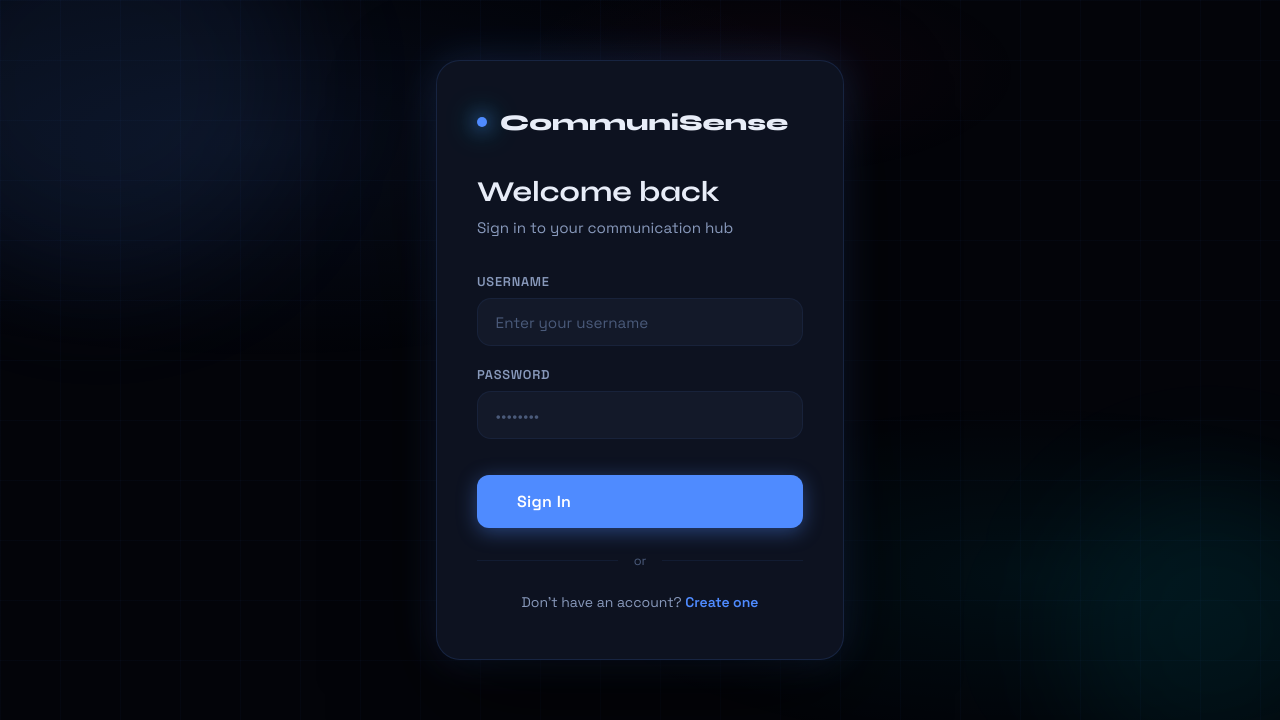
Repository: AI-Devsara01/-Real-Time-Multimodal-Communication-Platform-for-Speech-and-Hearing-Impaired-Individuals
Page: http://localhost/login
An editor plug-in stored every save of this project. The page is shown before and after the next save, followed by the edit.
The browser window is 1280 px wide. The pictures show the whole page.
The page is served by the project's application, run on Flask 3 (app.py).

Above is the page before, as saved 2026-04-21 13:33:21.

### templates/login.html
<!DOCTYPE html>
<html lang="en">
<head>
<meta charset="UTF-8">
<meta name="viewport" content="width=device-width, initial-scale=1.0">
<title>CommuniSense — Sign In</title>
<link rel="stylesheet" href="/static/style.css">
<style>
  body { display:flex; align-items:center; justify-content:center; min-height:100vh; }
  .auth-wrap {
    position:relative; z-index:1;
    width:100%; max-width:440px;
    padding:1rem;
  }
  .auth-card {
    background:var(--surface);
    border:1px solid var(--border);
    border-radius:24px;
    padding:3rem 2.5rem;
    box-shadow:0 40px 100px rgba(0,0,0,0.6), var(--shadow-glow);
  }
  .auth-logo {
    display:flex; align-items:center; gap:.8rem;
    margin-bottom:2.5rem;
    font-family:var(--font-head);
    font-size:1.4rem; font-weight:800;
  }
  .auth-logo .dot {
    width:10px;height:10px;border-radius:50%;
    background:var(--accent);
    box-shadow:0 0 14px var(--accent);
    animation:pulse-dot 2s ease-in-out infinite;
  }
  .auth-title { font-size:1.8rem; margin-bottom:.5rem; }
  .auth-sub   { color:var(--text2); margin-bottom:2rem; font-size:.95rem; }
  .or-divider {
    display:flex; align-items:center; gap:1rem;
    margin:1.5rem 0; color:var(--text3); font-size:.8rem;
  }
  .or-divider::before,.or-divider::after {
    content:''; flex:1; height:1px; background:var(--border2);
  }
  .auth-foot { text-align:center; margin-top:1.5rem; color:var(--text2); font-size:.875rem; }
  .auth-foot a { color:var(--accent); text-decoration:none; font-weight:600; }
  .error-msg {
    background:rgba(255,56,96,.1); border:1px solid rgba(255,56,96,.3);
    border-radius:10px; padding:.75rem 1rem;
    color:var(--danger); font-size:.875rem; margin-bottom:1rem;
    display:none;
  }
  /* 3D floating orbs */
  .orb {
    position:fixed; border-radius:50%; pointer-events:none; z-index:0;
    filter:blur(60px);
  }
  .orb-1 { width:400px;height:400px; top:-100px; left:-100px; background:rgba(79,139,255,.08); animation:float 8s ease-in-out infinite; }
  .orb-2 { width:300px;height:300px; bottom:-80px; right:-80px; background:rgba(0,229,255,.06); animation:float 10s ease-in-out infinite reverse; }
  .orb-3 { width:200px;height:200px; top:40%; left:40%; background:rgba(255,79,139,.05); animation:float 12s ease-in-out infinite 2s; }
  @keyframes float { 0%,100%{transform:translateY(0)} 50%{transform:translateY(-20px)} }
</style>
</head>
<body>

<div class="orb orb-1"></div>
<div class="orb orb-2"></div>
<div class="orb orb-3"></div>

<div class="auth-wrap animate-fade-up">
  <div class="auth-card">
    <div class="auth-logo">
      <div class="dot"></div>
      CommuniSense
    </div>

    <h2 class="auth-title">Welcome back</h2>
    <p class="auth-sub">Sign in to your communication hub</p>

    <div class="error-msg" id="errMsg">Invalid username or password.</div>

    <div class="input-group">
      <label class="input-label">Username</label>
      <input class="input-field" id="username" type="text" placeholder="Enter your username" autocomplete="username">
    </div>

    <div class="input-group">
      <label class="input-label">Password</label>
      <input class="input-field" id="password" type="password" placeholder="••••••••" autocomplete="current-password">
    </div>

    <button class="btn btn-primary w-full btn-lg mt-2" onclick="doLogin()" id="loginBtn">
      Sign In
    </button>

    <div class="or-divider">or</div>

    <div class="auth-foot">
      Don't have an account? <a href="/signup">Create one</a>
    </div>
  </div>
</div>

<script>
async function doLogin() {
  const btn = document.getElementById('loginBtn');
  const err = document.getElementById('errMsg');
  const username = document.getElementById('username').value.trim();
  const password = document.getElementById('password').value;

  if (!username || !password) {
    err.textContent = 'Please fill in all fields.';
    err.style.display = 'block';
    return;
  }

  btn.disabled = true;
  btn.innerHTML = '<div class="spinner"></div> Signing in…';
  err.style.display = 'none';

  try {
    const res = await fetch('/api/login', {
      method:'POST',
      headers:{'Content-Type':'application/json'},
      body: JSON.stringify({username, password})
    });
    const data = await res.json();
    if (data.success) {
      location.href = '/dashboard';
    } else {
      err.textContent = data.error || 'Login failed.';
      err.style.display = 'block';
    }
  } catch(e) {
    err.textContent = 'Network error. Please try again.';
    err.style.display = 'block';
  } finally {
    btn.disabled = false;
    btn.innerHTML = 'Sign In';
  }
}

document.addEventListener('keydown', e => {
  if (e.key === 'Enter') doLogin();
});
</script>
</body>
</html>

### style.css
/* ═══════════════════════════════════════════════════
   CommuniSense — Design System
   Inspired by Active Theory: dark, cinematic, 3D-layered
   ═══════════════════════════════════════════════════ */

@import url('https://fonts.googleapis.com/css2?family=Space+Grotesk:wght@300;400;500;600;700&family=Syne:wght@700;800&family=JetBrains+Mono:wght@300;400&display=swap');

:root {
  --bg:        #030409;
  --bg2:       #080c18;
  --surface:   #0d1220;
  --surface2:  #131929;
  --border:    rgba(80,140,255,0.15);
  --border2:   rgba(80,140,255,0.08);
  --accent:    #4f8bff;
  --accent2:   #00e5ff;
  --accent3:   #ff4f8b;
  --glow:      rgba(79,139,255,0.35);
  --glow2:     rgba(0,229,255,0.25);
  --text:      #e8edf8;
  --text2:     #8899bb;
  --text3:     #4a5a7a;
  --success:   #00d97e;
  --warning:   #ffb700;
  --danger:    #ff3860;
  --radius:    14px;
  --radius-lg: 22px;
  --font:      'Space Grotesk', sans-serif;
  --font-head: 'Syne', sans-serif;
  --font-mono: 'JetBrains Mono', monospace;
  --shadow:    0 8px 40px rgba(0,0,0,0.6);
  --shadow-glow: 0 0 40px rgba(79,139,255,0.2);
}

*, *::before, *::after { box-sizing: border-box; margin: 0; padding: 0; }

html { scroll-behavior: smooth; }

body {
  font-family: var(--font);
  background: var(--bg);
  color: var(--text);
  min-height: 100vh;
  overflow-x: hidden;
  cursor: default;
}

/* ── Background canvas ── */
body::before {
  content: '';
  position: fixed;
  inset: 0;
  background:
    radial-gradient(ellipse 80% 50% at 20% 20%, rgba(79,139,255,0.07) 0%, transparent 60%),
    radial-gradient(ellipse 60% 40% at 80% 80%, rgba(0,229,255,0.05) 0%, transparent 60%),
    radial-gradient(ellipse 40% 30% at 60% 10%, rgba(255,79,139,0.04) 0%, transparent 50%);
  pointer-events: none;
  z-index: 0;
}

/* ── Grid overlay ── */
body::after {
  content: '';
  position: fixed;
  inset: 0;
  background-image:
    linear-gradient(rgba(79,139,255,0.03) 1px, transparent 1px),
    linear-gradient(90deg, rgba(79,139,255,0.03) 1px, transparent 1px);
  background-size: 60px 60px;
  pointer-events: none;
  z-index: 0;
}

/* ── Typography ── */
h1, h2, h3, h4 { font-family: var(--font-head); line-height: 1.1; }
h1 { font-size: clamp(2rem, 5vw, 4rem); font-weight: 800; }
h2 { font-size: clamp(1.5rem, 3vw, 2.5rem); font-weight: 700; }
h3 { font-size: 1.3rem; font-weight: 700; }
p  { line-height: 1.7; color: var(--text2); }

/* ── Layout ── */
.page-wrap {
  position: relative;
  z-index: 1;
  min-height: 100vh;
  display: flex;
  flex-direction: column;
}

.container {
  width: 100%;
  max-width: 1280px;
  margin: 0 auto;
  padding: 0 2rem;
}

.section { padding: 5rem 0; }

/* ── Navigation ── */
.nav {
  position: fixed;
  top: 0; left: 0; right: 0;
  z-index: 100;
  padding: 1rem 2rem;
  display: flex;
  align-items: center;
  justify-content: space-between;
  background: rgba(3,4,9,0.85);
  backdrop-filter: blur(20px) saturate(180%);
  border-bottom: 1px solid var(--border2);
}

.nav-logo {
  font-family: var(--font-head);
  font-size: 1.3rem;
  font-weight: 800;
  color: var(--text);
  text-decoration: none;
  display: flex;
  align-items: center;
  gap: 0.6rem;
}

.nav-logo .logo-dot {
  width: 8px; height: 8px;
  border-radius: 50%;
  background: var(--accent);
  box-shadow: 0 0 12px var(--accent);
  animation: pulse-dot 2s ease-in-out infinite;
}

@keyframes pulse-dot {
  0%,100% { box-shadow: 0 0 6px var(--accent); }
  50%      { box-shadow: 0 0 18px var(--accent), 0 0 30px var(--accent2); }
}

.nav-links {
  display: flex;
  align-items: center;
  gap: 0.25rem;
  flex-wrap: wrap;
}

.nav-link {
  font-size: 0.8rem;
  font-weight: 500;
  color: var(--text2);
  text-decoration: none;
  padding: 0.4rem 0.8rem;
  border-radius: 8px;
  transition: all 0.2s;
  letter-spacing: 0.02em;
}

.nav-link:hover, .nav-link.active {
  color: var(--text);
  background: rgba(79,139,255,0.1);
}

.nav-actions { display: flex; align-items: center; gap: 0.5rem; }

/* ── Cards ── */
.card {
  background: var(--surface);
  border: 1px solid var(--border2);
  border-radius: var(--radius-lg);
  padding: 2rem;
  transition: all 0.3s cubic-bezier(0.4, 0, 0.2, 1);
  position: relative;
  overflow: hidden;
}

.card::before {
  content: '';
  position: absolute;
  inset: 0;
  background: linear-gradient(135deg, rgba(79,139,255,0.04) 0%, transparent 60%);
  opacity: 0;
  transition: opacity 0.3s;
}

.card:hover {
  border-color: var(--border);
  transform: translateY(-4px);
  box-shadow: var(--shadow), var(--shadow-glow);
}

.card:hover::before { opacity: 1; }

.card-glass {
  background: rgba(13,18,32,0.7);
  backdrop-filter: blur(24px);
  border: 1px solid var(--border);
  border-radius: var(--radius-lg);
  padding: 2rem;
}

/* ── Buttons ── */
.btn {
  display: inline-flex;
  align-items: center;
  gap: 0.5rem;
  padding: 0.75rem 1.5rem;
  border-radius: 10px;
  font-family: var(--font);
  font-size: 0.9rem;
  font-weight: 600;
  cursor: pointer;
  border: none;
  transition: all 0.25s cubic-bezier(0.4, 0, 0.2, 1);
  text-decoration: none;
  white-space: nowrap;
  letter-spacing: 0.02em;
}

.btn-primary {
  background: var(--accent);
  color: #fff;
  box-shadow: 0 4px 20px rgba(79,139,255,0.4);
}

.btn-primary:hover {
  background: #6fa0ff;
  box-shadow: 0 6px 30px rgba(79,139,255,0.6);
  transform: translateY(-2px);
}

.btn-secondary {
  background: var(--surface2);
  color: var(--text);
  border: 1px solid var(--border);
}

.btn-secondary:hover {
  background: rgba(79,139,255,0.12);
  border-color: var(--accent);
}

.btn-ghost {
  background: transparent;
  color: var(--text2);
  border: 1px solid var(--border2);
}

.btn-ghost:hover { color: var(--text); border-color: var(--border); background: rgba(255,255,255,0.04); }

.btn-danger { background: var(--danger); color: #fff; }
.btn-danger:hover { background: #ff6080; box-shadow: 0 4px 20px rgba(255,56,96,0.4); }

.btn-sm { padding: 0.5rem 1rem; font-size: 0.8rem; border-radius: 8px; }
.btn-lg { padding: 1rem 2.5rem; font-size: 1rem; border-radius: 12px; }

.btn:disabled { opacity: 0.4; cursor: not-allowed; transform: none !important; }

/* ── Inputs ── */
.input-field {
  width: 100%;
  background: var(--surface2);
  border: 1px solid var(--border2);
  border-radius: var(--radius);
  padding: 0.85rem 1.1rem;
  font-family: var(--font);
  font-size: 0.95rem;
  color: var(--text);
  outline: none;
  transition: all 0.2s;
}

.input-field::placeholder { color: var(--text3); }

.input-field:focus {
  border-color: var(--accent);
  box-shadow: 0 0 0 3px rgba(79,139,255,0.12);
  background: var(--surface);
}

textarea.input-field { resize: vertical; min-height: 120px; line-height: 1.6; }

select.input-field { cursor: pointer; appearance: none; }

.input-label {
  display: block;
  font-size: 0.8rem;
  font-weight: 600;
  color: var(--text2);
  margin-bottom: 0.5rem;
  letter-spacing: 0.06em;
  text-transform: uppercase;
}

.input-group { margin-bottom: 1.25rem; }

/* ── Badges ── */
.badge {
  display: inline-flex;
  align-items: center;
  gap: 0.3rem;
  padding: 0.2rem 0.7rem;
  border-radius: 999px;
  font-size: 0.72rem;
  font-weight: 600;
  letter-spacing: 0.04em;
}

.badge-accent  { background: rgba(79,139,255,0.15);  color: var(--accent);  border: 1px solid rgba(79,139,255,0.3); }
.badge-success { background: rgba(0,217,126,0.12);   color: var(--success); border: 1px solid rgba(0,217,126,0.25); }
.badge-danger  { background: rgba(255,56,96,0.12);   color: var(--danger);  border: 1px solid rgba(255,56,96,0.25); }
.badge-warning { background: rgba(255,183,0,0.12);   color: var(--warning); border: 1px solid rgba(255,183,0,0.25); }
.badge-cyan    { background: rgba(0,229,255,0.1);    color: var(--accent2); border: 1px solid rgba(0,229,255,0.25); }

/* ── Page hero ── */
.page-hero {
  padding: 9rem 0 4rem;
  text-align: center;
}

.page-hero .badge { margin-bottom: 1.5rem; }

.hero-title {
  background: linear-gradient(135deg, var(--text) 0%, var(--accent2) 60%, var(--accent) 100%);
  -webkit-background-clip: text;
  -webkit-text-fill-color: transparent;
  background-clip: text;
  margin-bottom: 1.25rem;
}

.hero-sub {
  font-size: 1.1rem;
  color: var(--text2);
  max-width: 600px;
  margin: 0 auto 2.5rem;
  line-height: 1.8;
}

/* ── Feature Grid ── */
.feature-grid {
  display: grid;
  grid-template-columns: repeat(auto-fill, minmax(300px, 1fr));
  gap: 1.5rem;
}

.feature-card {
  background: var(--surface);
  border: 1px solid var(--border2);
  border-radius: var(--radius-lg);
  padding: 1.75rem;
  text-decoration: none;
  color: inherit;
  display: flex;
  flex-direction: column;
  gap: 1rem;
  transition: all 0.3s cubic-bezier(0.4,0,0.2,1);
  position: relative;
  overflow: hidden;
}

.feature-card::after {
  content: '';
  position: absolute;
  bottom: 0; left: 0; right: 0;
  height: 2px;
  background: linear-gradient(90deg, var(--accent), var(--accent2));
  transform: scaleX(0);
  transform-origin: left;
  transition: transform 0.4s cubic-bezier(0.4,0,0.2,1);
}

.feature-card:hover {
  border-color: rgba(79,139,255,0.4);
  transform: translateY(-6px);
  box-shadow: 0 20px 60px rgba(0,0,0,0.5), 0 0 40px rgba(79,139,255,0.12);
}

.feature-card:hover::after { transform: scaleX(1); }

.feature-icon {
  width: 52px; height: 52px;
  display: flex; align-items: center; justify-content: center;
  border-radius: 14px;
  font-size: 1.5rem;
  background: rgba(79,139,255,0.08);
  border: 1px solid rgba(79,139,255,0.2);
}

.feature-card h3 { font-size: 1.1rem; }
.feature-card p  { font-size: 0.875rem; flex: 1; }

.feature-arrow {
  color: var(--text3);
  font-size: 1.2rem;
  transition: transform 0.3s, color 0.3s;
  align-self: flex-end;
}

.feature-card:hover .feature-arrow { transform: translateX(4px); color: var(--accent); }

/* ── Toast ── */
.toast-container {
  position: fixed;
  top: 5rem; right: 1.5rem;
  z-index: 9999;
  display: flex;
  flex-direction: column;
  gap: 0.75rem;
}

.toast {
  padding: 0.85rem 1.25rem;
  border-radius: var(--radius);
  background: var(--surface2);
  border: 1px solid var(--border);
  font-size: 0.875rem;
  color: var(--text);
  box-shadow: var(--shadow);
  animation: slide-in 0.3s ease;
  display: flex;
  align-items: center;
  gap: 0.6rem;
  min-width: 280px;
  max-width: 360px;
}

.toast-success { border-left: 3px solid var(--success); }
.toast-error   { border-left: 3px solid var(--danger); }
.toast-info    { border-left: 3px solid var(--accent); }

@keyframes slide-in  { from { transform: translateX(120%); opacity: 0; } to { transform: none; opacity: 1; } }
@keyframes slide-out { from { transform: none; opacity: 1; } to { transform: translateX(120%); opacity: 0; } }

/* ── Loading ── */
.spinner {
  width: 22px; height: 22px;
  border: 2px solid rgba(79,139,255,0.2);
  border-top-color: var(--accent);
  border-radius: 50%;
  animation: spin 0.7s linear infinite;
  flex-shrink: 0;
}

@keyframes spin { to { transform: rotate(360deg); } }

.loading-overlay {
  position: fixed;
  inset: 0;
  background: rgba(3,4,9,0.7);
  backdrop-filter: blur(8px);
  z-index: 9998;
  display: flex;
  align-items: center;
  justify-content: center;
  flex-direction: column;
  gap: 1rem;
  opacity: 0;
  pointer-events: none;
  transition: opacity 0.2s;
}

.loading-overlay.active { opacity: 1; pointer-events: all; }

/* ── Scrollbar ── */
::-webkit-scrollbar { width: 6px; height: 6px; }
::-webkit-scrollbar-track { background: var(--bg); }
::-webkit-scrollbar-thumb { background: var(--surface2); border-radius: 999px; }
::-webkit-scrollbar-thumb:hover { background: var(--text3); }

/* ── Animations ── */
@keyframes fade-up {
  from { opacity: 0; transform: translateY(24px); }
  to   { opacity: 1; transform: none; }
}

@keyframes fade-in {
  from { opacity: 0; }
  to   { opacity: 1; }
}

@keyframes float {
  0%,100% { transform: translateY(0); }
  50%      { transform: translateY(-10px); }
}

@keyframes glow-pulse {
  0%,100% { box-shadow: 0 0 20px rgba(79,139,255,0.3); }
  50%      { box-shadow: 0 0 40px rgba(79,139,255,0.6), 0 0 60px rgba(0,229,255,0.2); }
}

.animate-fade-up  { animation: fade-up 0.6s ease both; }
.animate-fade-in  { animation: fade-in 0.4s ease both; }
.animate-float    { animation: float 3s ease-in-out infinite; }
.animate-glow     { animation: glow-pulse 2.5s ease-in-out infinite; }

/* Staggered delays */
[data-delay="1"] { animation-delay: 0.1s; }
[data-delay="2"] { animation-delay: 0.2s; }
[data-delay="3"] { animation-delay: 0.3s; }
[data-delay="4"] { animation-delay: 0.4s; }
[data-delay="5"] { animation-delay: 0.5s; }
[data-delay="6"] { animation-delay: 0.6s; }

/* ── Divider ── */
.divider {
  border: none;
  height: 1px;
  background: linear-gradient(90deg, transparent, var(--border), transparent);
  margin: 2rem 0;
}

/* ── Utility ── */
.flex          { display: flex; }
.flex-col      { flex-direction: column; }
.items-center  { align-items: center; }
.justify-center{ justify-content: center; }
.justify-between{ justify-content: space-between; }
.gap-1         { gap: 0.5rem; }
.gap-2         { gap: 1rem; }
.gap-3         { gap: 1.5rem; }
.gap-4         { gap: 2rem; }
.text-center   { text-align: center; }
.text-sm       { font-size: 0.875rem; }
.text-xs       { font-size: 0.75rem; }
.text-accent   { color: var(--accent); }
.text-muted    { color: var(--text2); }
.text-danger   { color: var(--danger); }
.text-success  { color: var(--success); }
.w-full        { width: 100%; }
.mt-1          { margin-top: 0.5rem; }
.mt-2          { margin-top: 1rem; }
.mt-3          { margin-top: 1.5rem; }
.mt-4          { margin-top: 2rem; }
.mb-1          { margin-bottom: 0.5rem; }
.mb-2          { margin-bottom: 1rem; }
.mb-3          { margin-bottom: 1.5rem; }
.mb-4          { margin-bottom: 2rem; }
.p-2           { padding: 1rem; }
.p-3           { padding: 1.5rem; }
.rounded       { border-radius: var(--radius); }
.mono          { font-family: var(--font-mono); }
.bold          { font-weight: 700; }
.opacity-50    { opacity: 0.5; }
.hidden        { display: none !important; }

/* ── Responsive ── */
@media (max-width: 768px) {
  .nav-links  { display: none; }
  .container  { padding: 0 1rem; }
  .page-hero  { padding: 7rem 0 3rem; }
  .card       { padding: 1.25rem; }
  .section    { padding: 3rem 0; }
  .feature-grid { grid-template-columns: 1fr; }
}

Loaded but not shown: app.py (462 lines, source omitted); static/base.css (550 lines, source omitted)

After the next save:
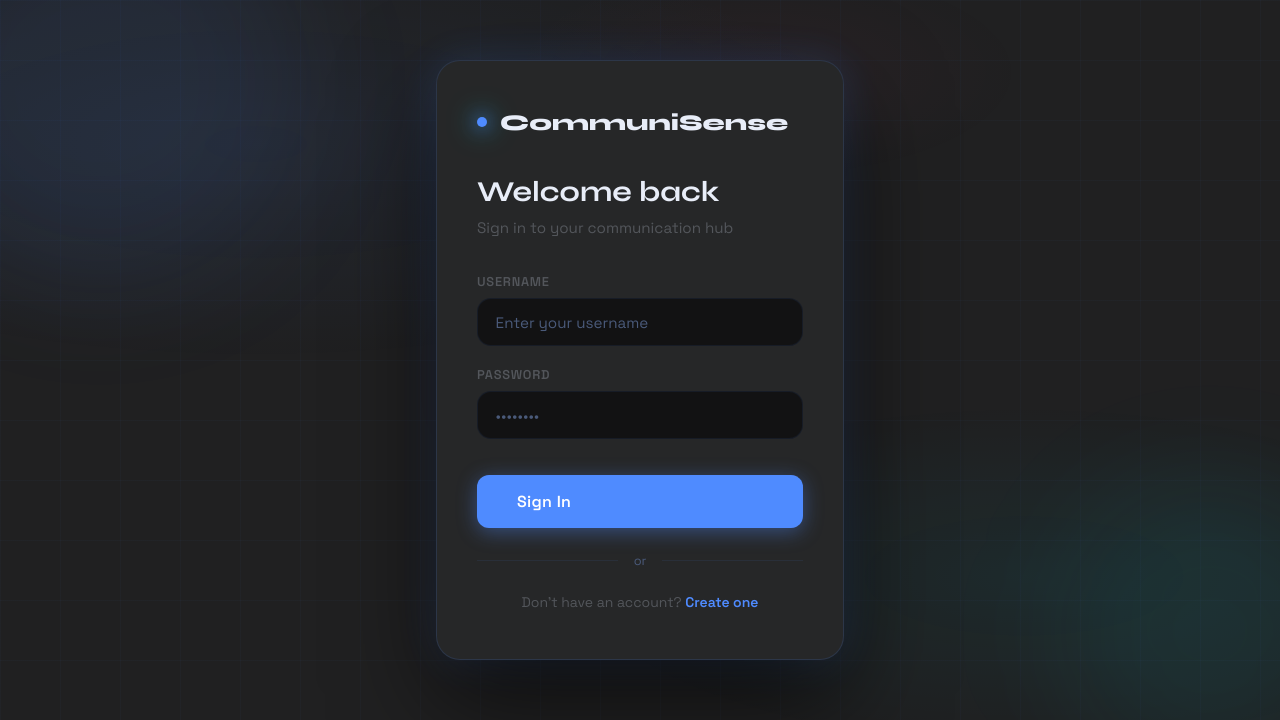
Saved 22 s later.
--- a/templates/login.html
+++ b/templates/login.html
@@ -4,7 +4,7 @@
 <meta charset="UTF-8">
 <meta name="viewport" content="width=device-width, initial-scale=1.0">
 <title>CommuniSense — Sign In</title>
-<link rel="stylesheet" href="/static/style.css">
+<link rel="stylesheet" href="/static/base.css">
 <style>
   body { display:flex; align-items:center; justify-content:center; min-height:100vh; }
   .auth-wrap {
